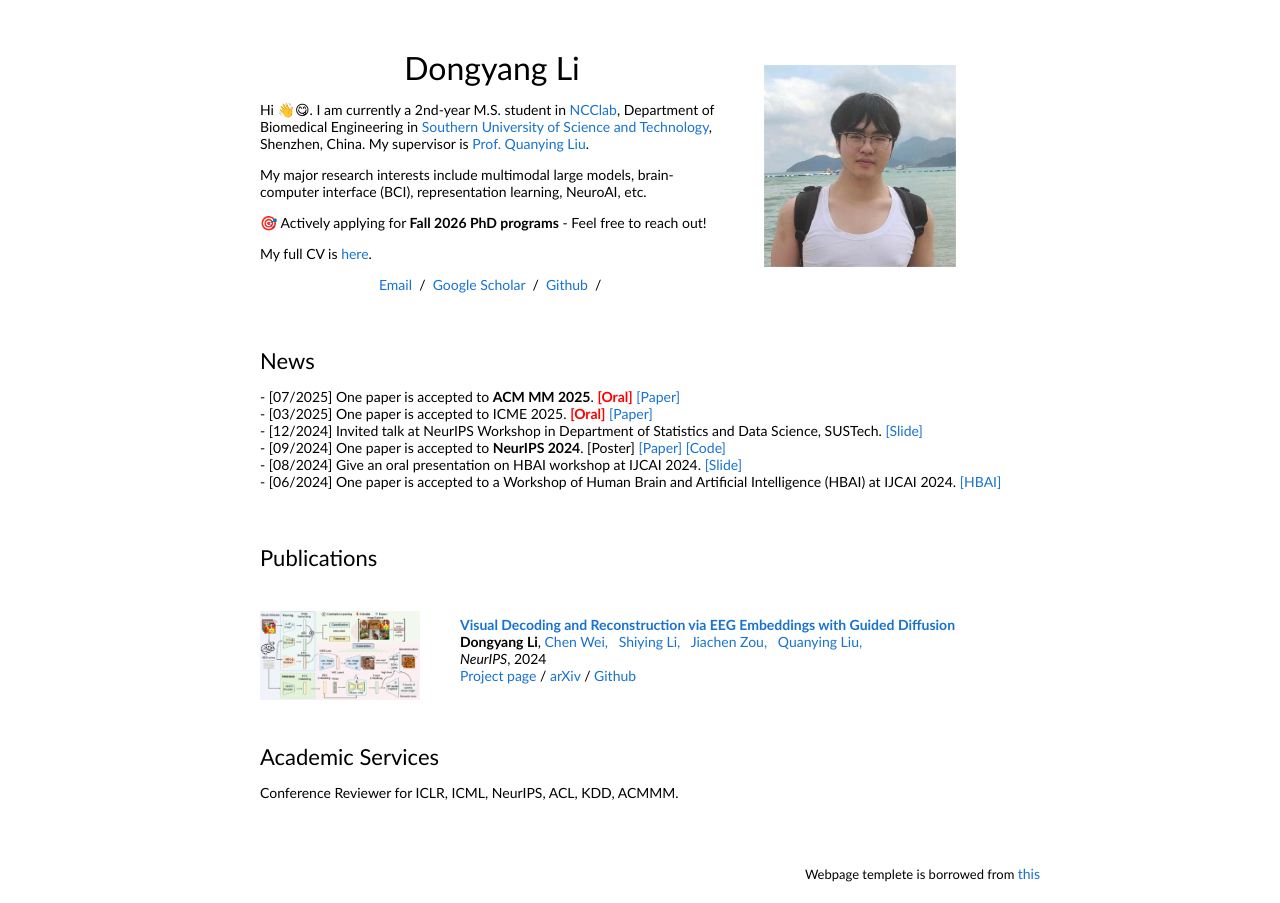
Repository: dongyangli-del/dongyangli-del.github.io
Page: index.html
The author's editor kept a copy of each file at every save. The page is drawn from the files as they stood at one save, then again after a run of saves.
The browser window is 1280 px wide. The pictures show the whole page.

Above is the page before, as saved 2025-07-12 20:23:43.

After the next 2 saves:
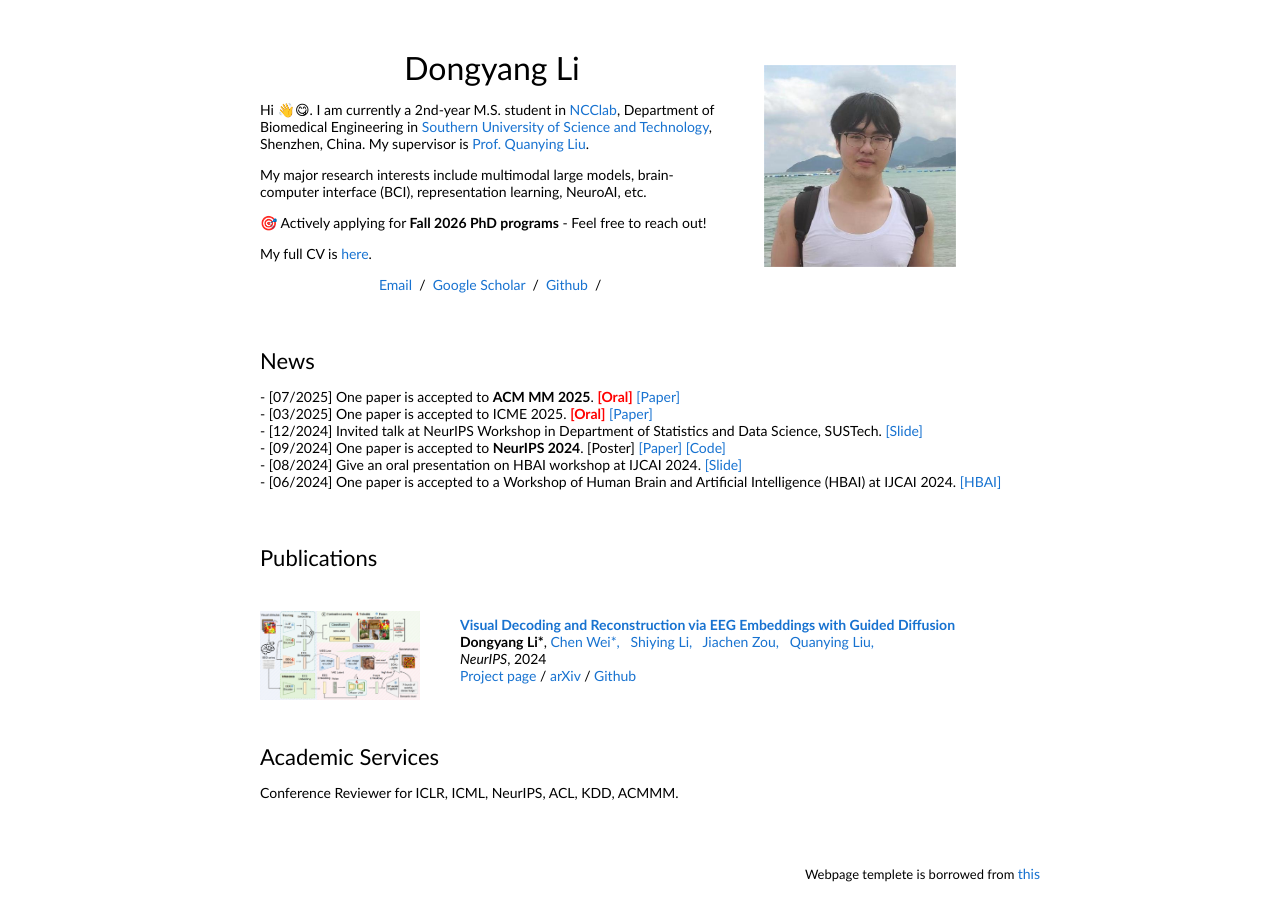
The 2 saves are shown as one change because they came seconds apart.
The last was saved 2 min 19 s later.
--- a/index.html
+++ b/index.html
@@ -138,8 +138,8 @@
             <span class="papertitle">Visual Decoding and Reconstruction via EEG Embeddings with Guided Diffusion</span>
           </a>
           <br>
-          <strong>Dongyang Li</strong>,
-          <font style="color: #1772d0;">Chen Wei, </font> &nbsp;
+          <strong>Dongyang Li*</strong>,
+          <font style="color: #1772d0;">Chen Wei*, </font> &nbsp;
           <font style="color: #1772d0;">Shiying Li, </font> &nbsp;
           <font style="color: #1772d0;">Jiachen Zou, </font> &nbsp;
           <font style="color: #1772d0;">Quanying Liu, </font> &nbsp;
